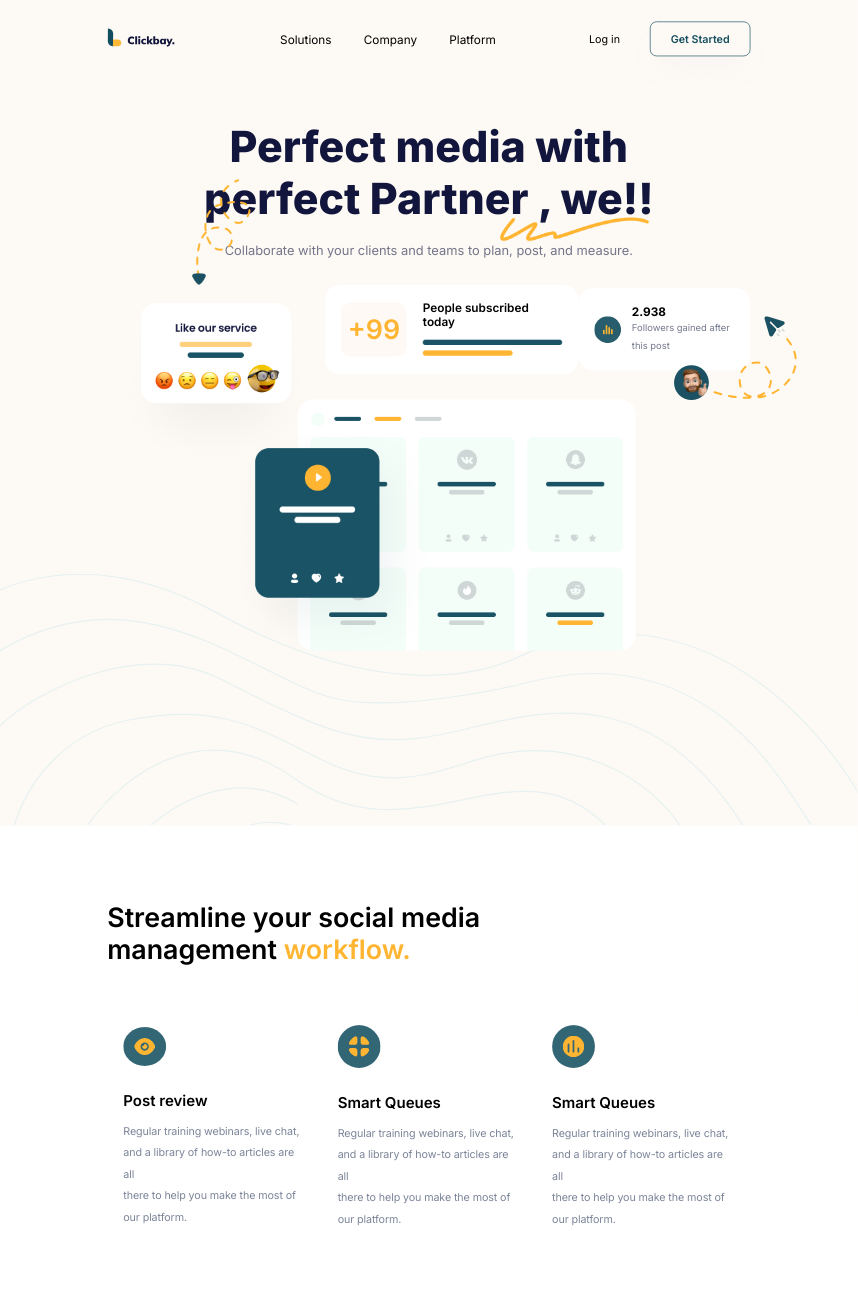
Repository: badhon252/Clickbay
Page: index.html
An editor plug-in stored every save of this project. The page is shown before and after the next save, followed by the edit.
The browser window is 1280 px wide. The pictures show the whole page, at 67% of full size.
The style sheet was rebuilt from its Sass, Less or Tailwind sources for each picture, by a compiler version that may differ from the author's.

Above is the page before, as saved 2022-09-05 02:12:50.

After the next save:
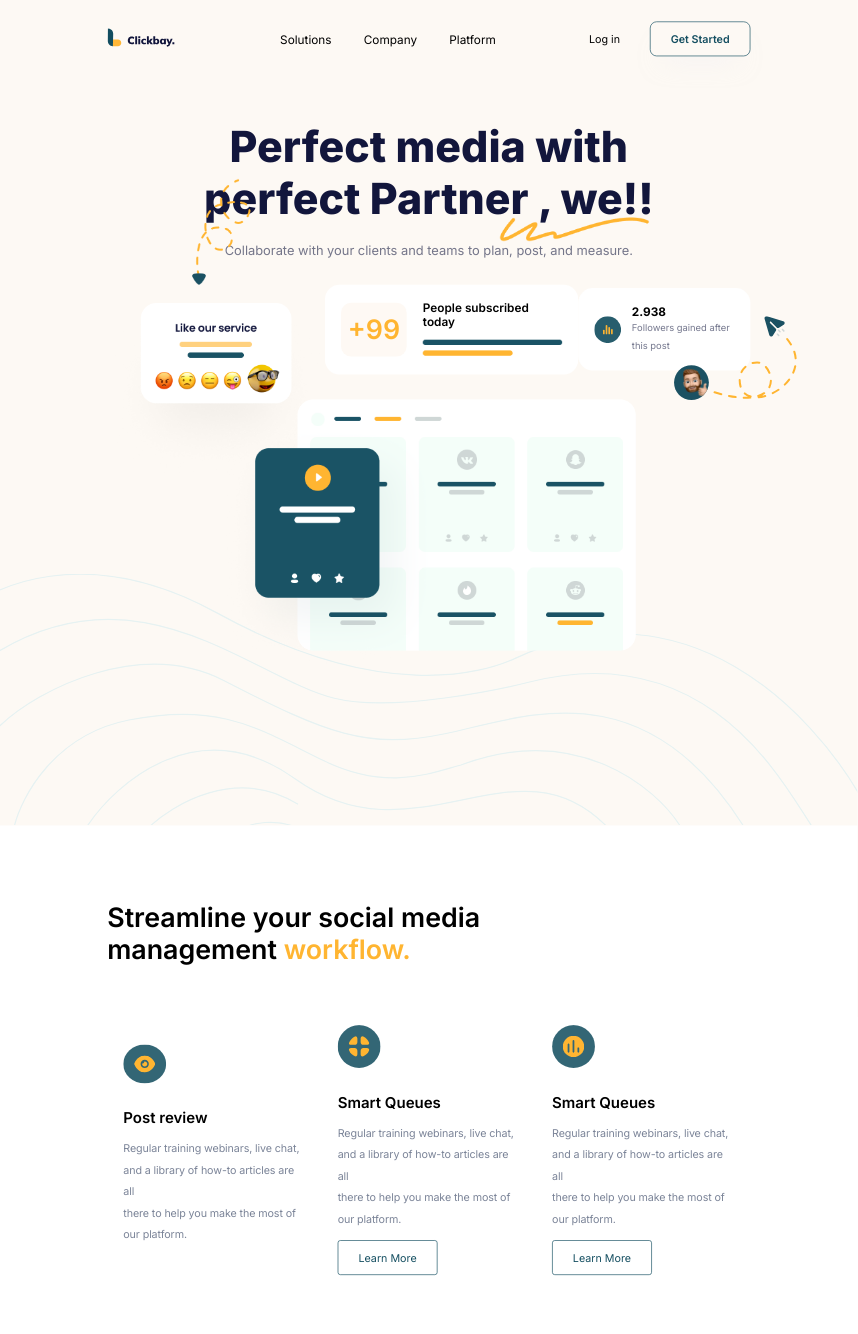
Saved 7 s later.
--- a/index.html
+++ b/index.html
@@ -94,7 +94,9 @@
                 <p class="my-1">Regular training webinars, live chat, <br> and a library of how-to articles are all<br>
                     there to help
                     you make
-                    the most of<br> our platform.</p>
+                    the most of<br> our platform.</p><button class="btn">
+                    <a href="#">Learn More</a>
+                </button>
             </div>
 
             <div class="card">
@@ -103,7 +105,9 @@
                 <p class="my-1">Regular training webinars, live chat, <br> and a library of how-to articles are all<br>
                     there to help
                     you make
-                    the most of<br> our platform.</p>
+                    the most of<br> our platform.</p><button class="btn">
+                    <a href="#">Learn More</a>
+                </button>
             </div>
 
         </div>
